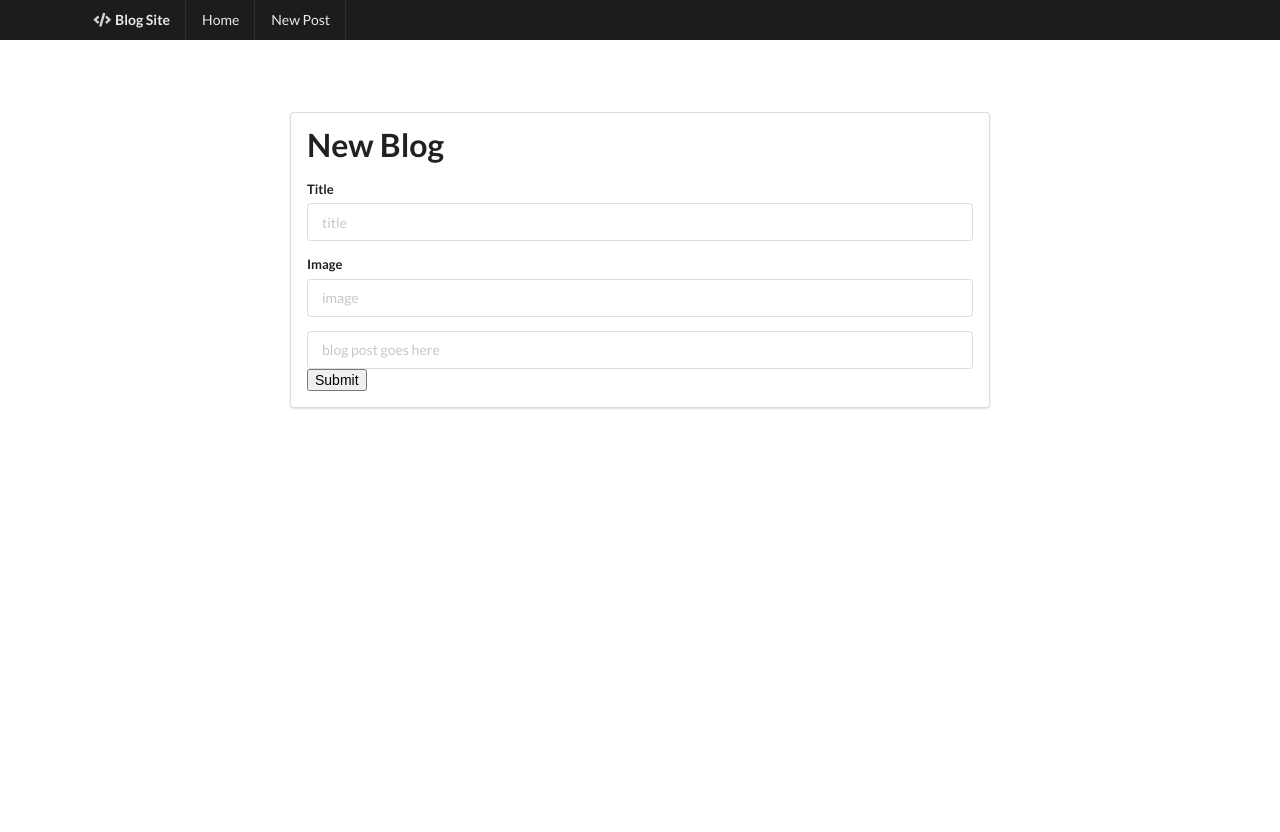
Repository: pruzic/webdevbootcamp
Page: http://localhost/blogs/new
The author's editor kept a record of every edit. The page is drawn from the files as they stood at one moment, then again after the next edit.
The browser window is 1280 px wide. The pictures show the whole page.
Some web libraries are served in a nearby version. The page is served by the project's Node server (RESTfulRouting/RESTfulBlogApp/app.js).

Above is the page before.

### workspace/RESTfulRouting/RESTfulBlogApp/views/new.ejs
<% include ./partials/header %>
<div class="ui main text container segment">
    <div class="ui huge header">
        New Blog
    </div>
    <form class="ui form" action="/blogs" method="POST">
        <div class="field">
            <label>Title</label>
            <input type="text" name="blog[title]" placeholder="title">
        </div>
        <div class="field">
            <label>Image</label>
            <input type="text" name="blog[image]" placeholder="image">
        </div>

        <input type="text" name="blog[body]" placeholder="blog post goes here">
        <input type="submit" value="Submit">
    </form>
</div>

<% include ./partials/footer %>

### workspace/RESTfulRouting/RESTfulBlogApp/views/partials/header.ejs
<!DOCTYPE html>
<html>
    <header>
        <title>Blog App</title>
       <link rel="stylesheet" type="text/css" href="https://cdnjs.cloudflare.com/ajax/libs/semantic-ui/2.2.9/semantic.min.css">
       <link rel="stylesheet" type="text/css" href="/stylesheets/app.css">
    </header>

    <body>
       <div class="ui fixed inverted menu">
           <div class="ui container">
               <div class="header item"><i class="code icon"></i>Blog Site</div>
               <a href="/" class="item">Home</a>
               <a href="/blogs/new" class="item">New Post</a>
           </div>
       </div>

### workspace/RESTfulRouting/RESTfulBlogApp/views/partials/footer.ejs

   </body>
</html>

### workspace/RESTfulRouting/RESTfulBlogApp/app.js
var bodyParser          = require("body-parser"),
    methodOverride      = require("method-override"),
    expressSanitizer    = require("express-sanitizer"),
    mongoose            = require("mongoose"),
    express             = require("express"),
    app                 = express();

    //APP CONFIG
    mongoose.connect("mongodb://localhost/restful_blog_app");
    app.set("view engine", "ejs");
    app.use(express.static("public"));
    app.use(bodyParser.urlencoded({extended: true}));
    app.use(expressSanitizer(""));
    app.use(methodOverride("_method"));


    // MONGOOSE/MODEL CONFIG
    var blogSchema = new mongoose.Schema({
        title: String,
        image: String,
        body: String,
        created: {type: Date, default: Date.now}
    })
    var Blog = mongoose.model("Blog", blogSchema);

    // ONE TIME CREATE A BLOG IN DB
    // Blog.create({
    //     title: "Test Blog",
    //     image: "https://encrypted-tbn1.gstatic.com/images?q=tbn:ANd9GcQL6jwEziP1elZBuKZ7m53LEIKTAfGF_Zb_SNH0DorE1M2X-ihl",
    //     body: "Hello this is a blog post!"
    // })

    //RESTFUL ROUTES

    app.get("/", function(req, res) {
        res.redirect("/blogs");
    })
     //INDEX ROUTE
    app.get("/blogs", function(req, res){
        Blog.find({}, function(err, allBlogs){
            if(err){
                console.log(err);
            }
            else
            {
                 res.render("index", {blogs: allBlogs});
            }
        })
    });

    //NEW ROUTE
    app.get("/blogs/new", function(req, res) {
        res.render("new");
    });

    //CREATE ROUTE
    app.post("/blogs", function(req, res) {
      //Sanitizer is used to check for any HTML tag and javascript
      //input from user and make sure it is not harmful, by removing javascript from text.
      req.body.blog.body = expressSanitizer(req.body.blog.body);
      Blog.create(req.body.blog, function(err, newBlog){
          if(err){
               res.render("new")
          }
          else{
              //then, redirect to the index
             res.redirect("/blogs");
          }
      });

    });

    //SHOW ROUTE
    app.get("/blogs/:id", function(req, res) {
        Blog.findById(req.params.id, function(err, blog){
            if(err){
                res.redirect("/blogs")
            }
            else
            {
                res.render("show", {blog:blog});
            }
        });

        // res.send("SHOW PAGE!");
    });

    //EDIT ROUTE
    app.get("/blogs/:id/edit", function(req, res) {
        Blog.findById(req.params.id, function(err, foundBlog){
            if(err){
                res.redirect("/blogs");
            }
            else
            {
                res.render("edit", {blog: foundBlog});
            }
        });

    });

    //UPDATE ROUTE
    app.put("/blogs/:id", function(req, res){
        Blog.findByIdAndUpdate(req.params.id, req.body.blog, function(err, updatedBlog){
            if(err){
                res.redirect("/blogs");
            }
            else{
                res.redirect("/blogs/"+req.params.id);
            }
        });
    });

    //DELETE ROUTE
    app.delete("/blogs/:id", function(req, res){

      Blog.findByIdAndRemove(req.params.id, function(err){
          if(err){
               res.redirect("/blogs");
          }
          else{
              res.redirect("/blogs");
          }
      });
    });

    app.listen(process.env.PORT, process.env.IP, function() {
        console.log("Server Started!");
    })

### workspace/RESTfulRouting/RESTfulBlogApp/public/stylesheets/app.css
.container.main{
    margin-top: 7.0em;
}

.icon{
    font-size: 1.5em;
}

After the next edit:
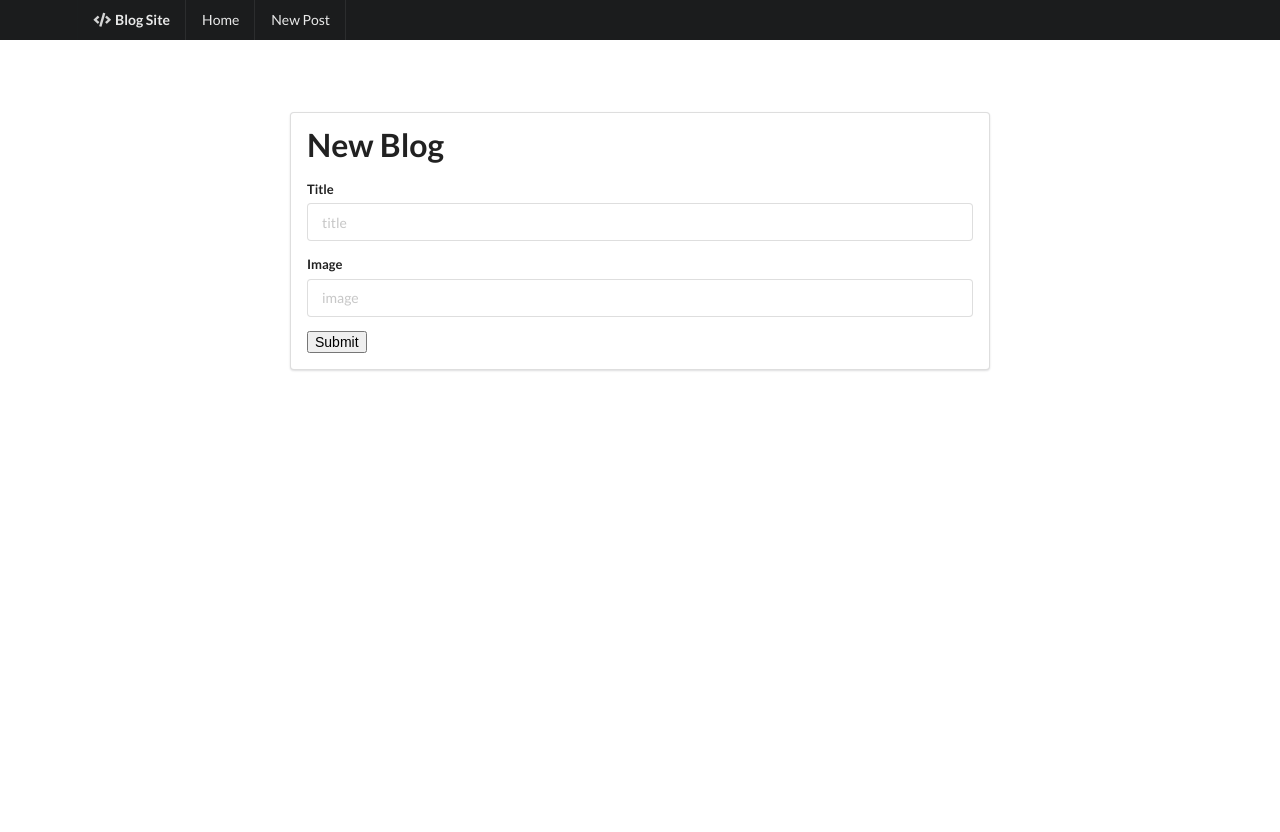
The edit:
--- a/workspace/RESTfulRouting/RESTfulBlogApp/views/new.ejs
+++ b/workspace/RESTfulRouting/RESTfulBlogApp/views/new.ejs
@@ -12,8 +12,10 @@
             <label>Image</label>
             <input type="text" name="blog[image]" placeholder="image">
         </div>
+        <div class="field">
 
-        <input type="text" name="blog[body]" placeholder="blog post goes here">
+        </div>
+
         <input type="submit" value="Submit">
     </form>
 </div>
